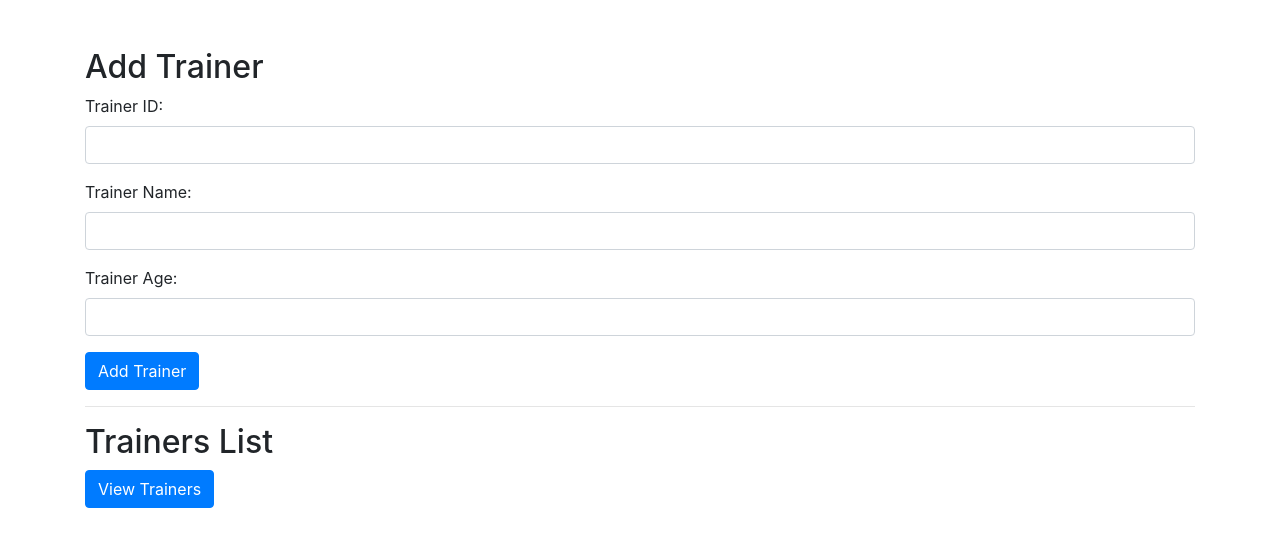
Repository: thanhle0203/TravelGig
Page: automobile/src/main/resources/static/html/Trainer.html
The author's editor kept a copy of each file at every save. The page is drawn from the files as they stood at one save, then again after the next save.
The browser window is 1280 px wide. The pictures show the whole page.

Above is the page before, as saved 2023-04-07 05:30:10.

After the next save:
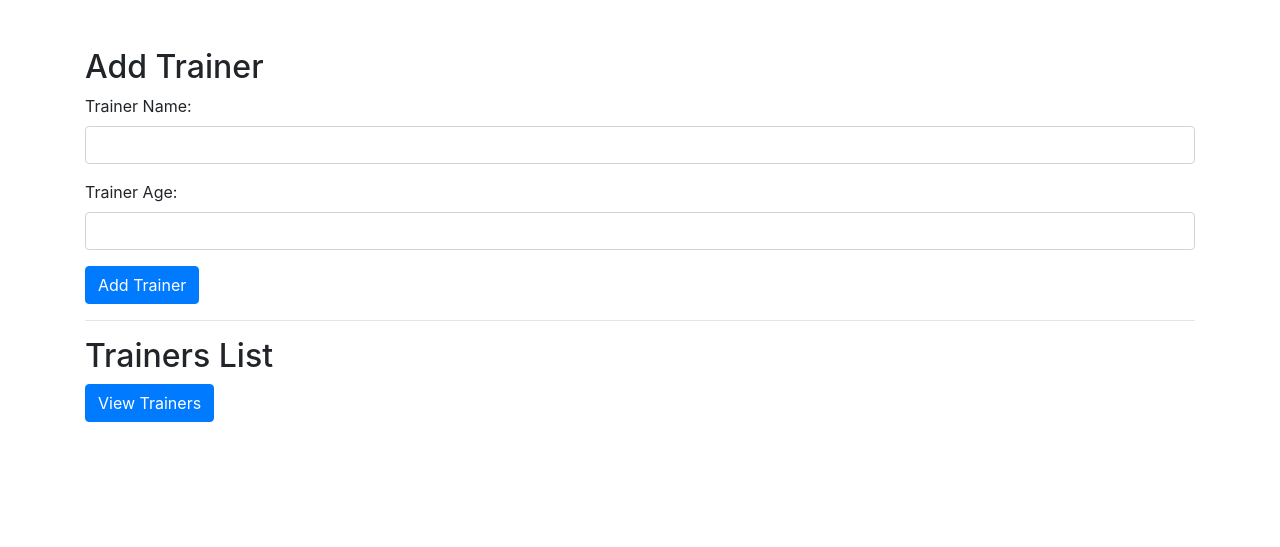
Saved 14 min 24 s later.
--- a/automobile/src/main/resources/static/html/Trainer.html
+++ b/automobile/src/main/resources/static/html/Trainer.html
@@ -15,10 +15,6 @@
 	<div class="container mt-5">
 		<h2>Add Trainer</h2>
 		<form id="add-trainer-form" accept-charset="UTF-8">
-			<div class="form-group">
-				<label for="trainerId">Trainer ID:</label>
-				<input type="text" class="form-control" id="trainerId" name="trainerId" required>
-			</div>
 			<div class="form-group">
 				<label for="trainerName">Trainer Name:</label>
 				<input type="text" class="form-control" id="trainerName" name="trainerName" required>
--- a/automobile/src/main/resources/static/js/trainer.js
+++ b/automobile/src/main/resources/static/js/trainer.js
@@ -5,13 +5,11 @@ $(document).ready(function() {
     event.preventDefault();
 
     // Get form data
-    var trainerId = $("#trainerId").val();
     var trainerName = $("#trainerName").val();
     var trainerAge = $("#trainerAge").val();
 
     // Create a new Trainer object
     var newTrainer = {
-      trainerId: trainerId,
       trainerName: trainerName,
       trainerAge: trainerAge
     };
@@ -26,7 +24,6 @@ $(document).ready(function() {
         console.log(response);
 
         // Clear the form fields
-        $("#trainerId").val("");
         $("#trainerName").val("");
         $("#trainerAge").val("");
 
@@ -53,7 +50,7 @@ $(document).ready(function() {
       $.each(response, function(i, trainer) {
         $("#trainersTableBody").append(
           "<tr><td>" +
-            trainer.trainerId +
+            trainer.id +
             "</td><td>" +
             trainer.trainerName +
             "</td><td>" +
